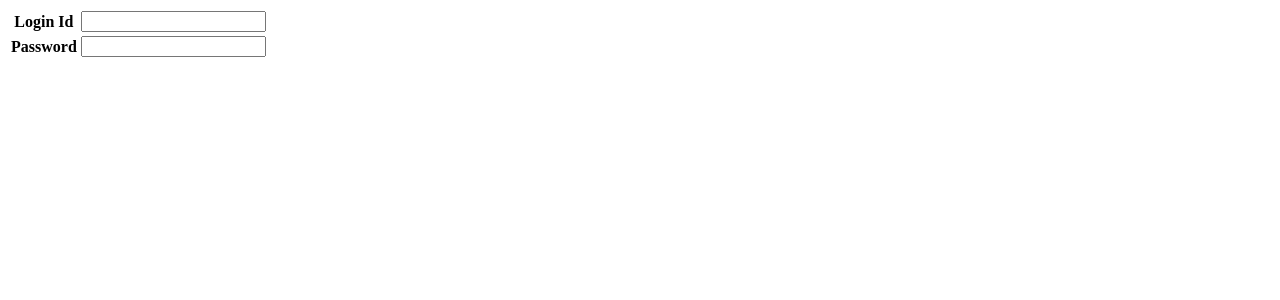
Repository: rish1208/Advance_java
Page: http://localhost/Use-case/LoginView.jsp
The author's editor kept a copy of each file at every save. The page is drawn from the files as they stood at one save, then again after the next save.
The browser window is 1280 px wide. The pictures show the whole page.
The page is served by Tomcat 9. Other server files are loaded and not shown.

Above is the page before, as saved 2024-04-07 05:41:22.

### Advance java Workspace/Use-case/WebContent/LoginView.jsp
<%@ page language="java" contentType="text/html; charset=ISO-8859-1"
    pageEncoding="ISO-8859-1"%>
<!DOCTYPE html>
<html>
<head>
<meta charset="ISO-8859-1">
<title>Insert title here</title>
</head>
<body>
<form action ="LoginCtl" method="post">
<table>

<tr>
<th>Login Id</th>
<td><input type="text" name"loginId"></td>
</tr>

<tr>
<th>Password</th>
<td><input type="text" name"password"></td>
</tr>
</table>
</form>
</body>
</html>

After the next save:
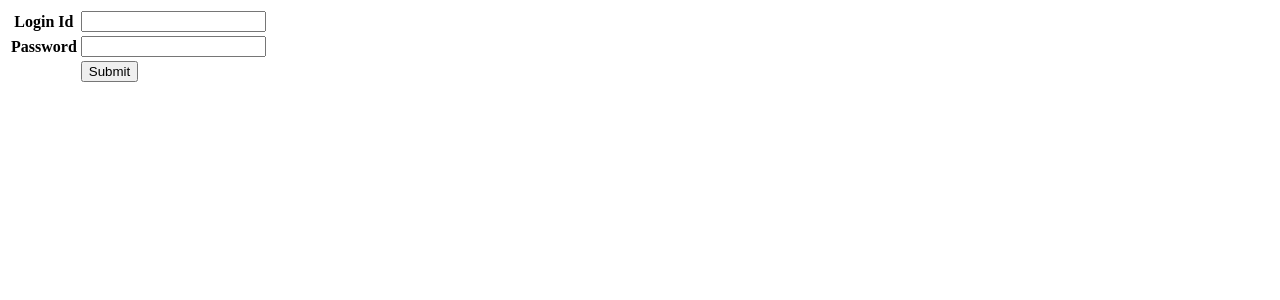
Saved 33 s later.
--- a/Advance java Workspace/Use-case/WebContent/LoginView.jsp
+++ b/Advance java Workspace/Use-case/WebContent/LoginView.jsp
@@ -1,5 +1,5 @@
 <%@ page language="java" contentType="text/html; charset=ISO-8859-1"
-    pageEncoding="ISO-8859-1"%>
+	pageEncoding="ISO-8859-1"%>
 <!DOCTYPE html>
 <html>
 <head>
@@ -7,19 +7,25 @@
 <title>Insert title here</title>
 </head>
 <body>
-<form action ="LoginCtl" method="post">
-<table>
+	<form action="LoginCtl" method="post">
+		<table>
 
-<tr>
-<th>Login Id</th>
-<td><input type="text" name"loginId"></td>
-</tr>
+			<tr>
+				<th>Login Id</th>
+				<td><input type="text"name"loginId"></td>
+			</tr>
 
-<tr>
-<th>Password</th>
-<td><input type="text" name"password"></td>
-</tr>
-</table>
-</form>
+			<tr>
+				<th>Password</th>
+				<td><input type="text"name"password"></td>
+			</tr>
+
+			<tr>
+				<th></th>
+				<td><input type="submit"></td>
+			</tr>
+
+		</table>
+	</form>
 </body>
 </html>
